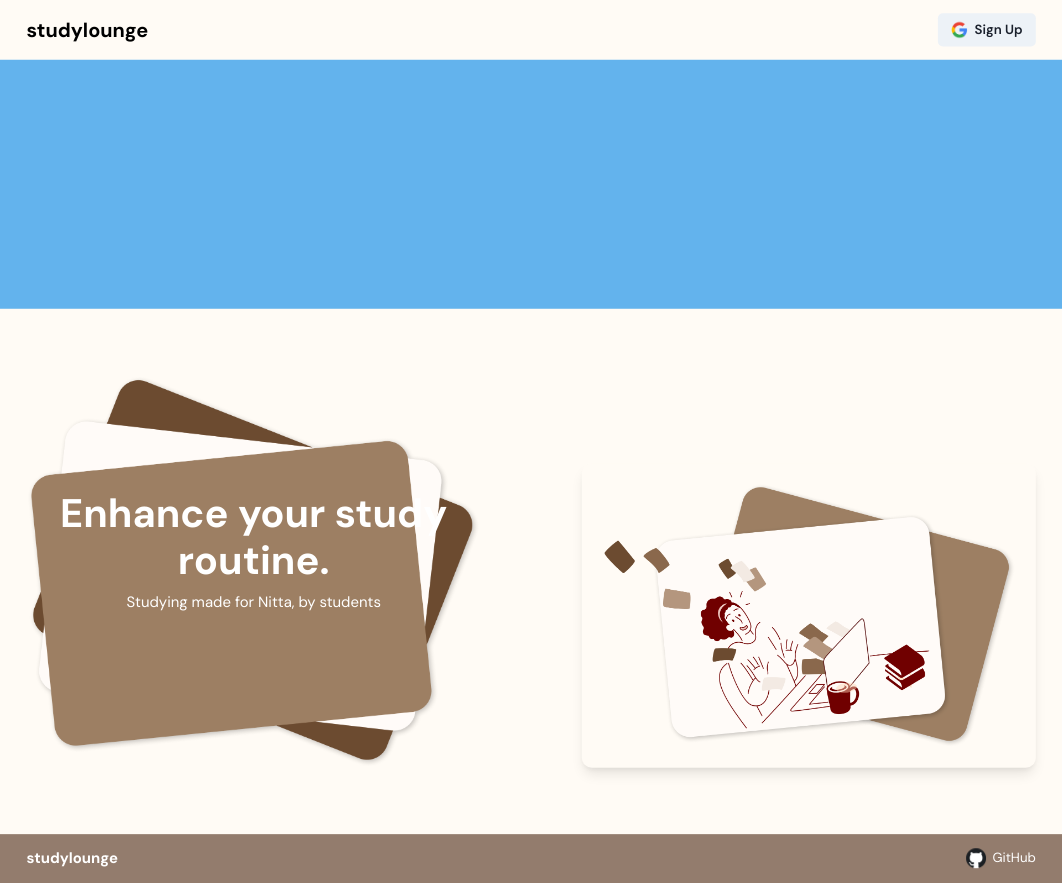
Repository: greg-chang/flashcard-website
Page: / (app in frontend/)
These files come from the project's save history. The page is drawn as it stood at one moment and after the next save; the edit follows.
The browser window is 1280 px wide. The pictures show the whole page, at 83% of full size.
The page's requests for data from a server got no answer. The project was rebuilt for these pictures with package versions that can differ from the ones it lists, and the page was loaded fresh each time. Some packages were replaced by stand-ins written for this rebuild. The framework's server and built-in components were replaced by stand-ins that run in the browser. No one was signed in, and anything a server would have sent is missing. Also part of the build but not shown: frontend/next.config.ts, frontend/src/components/Dashboard.tsx.

Above is the page before, as saved 2025-06-08 14:48:52.

### frontend/src/app/layout.tsx
import type { Metadata } from "next";
import { Geist, Geist_Mono } from "next/font/google";
import { DM_Sans } from 'next/font/google';
import { ClerkProvider } from '@clerk/nextjs';
import { ChakraProvider, extendTheme } from '@chakra-ui/react';
import "./globals.css";
import Navbar from "../components/ui/navbar";
import theme from './theme';

const geistSans = Geist({
  variable: "--font-geist-sans",
  subsets: ["latin"],
});

const geistMono = Geist_Mono({
  variable: "--font-geist-mono",
  subsets: ["latin"],
});

const dmSans = DM_Sans({
  variable: '--font-dm-sans',
  subsets: ['latin'],
});

export const metadata: Metadata = {
  title: "Flashcard Website",
  description: "ECS 162 - Web Programming Final Project",
};

export default function RootLayout({
  children,
}: Readonly<{
  children: React.ReactNode;
}>) {
  return (
    <ClerkProvider>
      <ChakraProvider theme={theme}>
        <html lang="en">
          <body
            className={`${geistSans.variable} ${geistMono.variable} ${dmSans.variable} antialiased`}
          >
            {children}
          </body>
        </html>
      </ChakraProvider>
    </ClerkProvider>
  );
}

### frontend/src/app/page.tsx
'use client';
import Homepage from '@/components/Homepage';
import UserInterface from '@/components/UserInterface';
import Dashboard from '@/components/Dashboard';
import { useUser } from '@clerk/nextjs';
// import UserInterface from '@/components/UserInterface';

export default function Home() {
  const { isSignedIn, isLoaded } = useUser();
  if (!isLoaded) {
    return <div>Loading...</div>;
  }
  return (
    <main className="min-h-screen bg-gray-100">
      {isSignedIn ? <Dashboard /> : <Homepage />}
    </main>
  );
}

### frontend/src/app/globals.css
@import "tailwindcss";

:root {
  --background: var(--color-sand);
  --foreground: var(--color-walnut);
}

@theme {
  /* Light */
  --color-sand: #F0EAE2 ;
  /* Medium */
  --color-coffee: #937156 ;
  /* Medium Text */
  --color-walnut: #8F6E4F ;
  /* VERY DARK */
  --color-expresso: #341D09 ;
  /* DESATURATED MEDIUM */
  --color-mocha: #604E3C ;
}

@theme inline {
  --color-background: var(--background);
  --color-foreground: var(--foreground);
  --font-sans: var(--font-geist-sans);
  --font-mono: var(--font-geist-mono);
}
/*
@john found out that this is what caused the white text of white background
@media (prefers-color-scheme: dark) {
  :root {
    --background: #0a0a0a;
    --foreground: #ededed;
  }
} */

body {
  background: var(--background);
  color: var(--foreground);
  font-family: Arial, Helvetica, sans-serif;
}

### frontend/src/app/theme.tsx
'use client';
import { extendTheme } from '@chakra-ui/react';

const theme = extendTheme({
    //not actually used
  colors: {
    brand: {
      50: '#ffe4ed',
    },
  },
  fonts: {
    heading: 'var(--font-geist-sans), sans-serif',
    body: 'var(--font-geist-sans), sans-serif',
  },
  styles: {
    global: {
      body: {
        bg: 'pink.100',
        color: 'black',
      },
    },
  },
});

export default theme;

### frontend/src/components/Homepage.tsx
'use client';
import {
  Box,
  Button,
  Center,
  Heading,
  Stack,
  Text,
  VStack,
  HStack,
  SimpleGrid,
  Flex,
} from '@chakra-ui/react';
import { SignInButton, SignUpButton } from '@clerk/nextjs';
import Header from './Header';
import Image from 'next/image';

// assets
import Illustration from '@/assets/Illustration.png';
import GroupedCards from '@/assets/Grouped Cards.png';
import StyleLine from '@/assets/Style Line.png';
import GithubLogo from '@/assets/Github Logo.png';
// import GoogleLogo from '@/assets/Google Logo.png';

export default function Homepage() {
  return (
    <Flex minH="100vh" direction="column" bg="#FFFBF5" color="black" fontFamily="var(--font-dm-sans)">
      {/* Header */}
      <Header />

      {/* Background Wave - Moved for testing visibility */}
      <Box
        position="relative"
        width="100%"
        height="300px"
        backgroundImage={`url(${StyleLine.src})`}
        backgroundSize="100% auto"
        backgroundRepeat="no-repeat"
        backgroundPosition="bottom"
        zIndex="999"
        opacity="1"
        bg="blue.300"
      />

      {/* Main Content Area */}
      <Flex
        direction={{ base: 'column', md: 'row' }}
        align="stretch"
        justify="space-between"
        py={{ base: 10, md: 20 }}
        px={{ base: 4, md: 8 }}
        flex="1"
        position="relative"
      >
        {/* Left Section: Grouped Cards Image */}
        <Box
          position="relative"
          flex="1"
          minW={{ base: 'full', md: '45%' }}
          maxW={{ base: 'full', md: '45%' }}
          display="flex"
          justifyContent="flex-start"
          alignItems="flex-start"
          alignSelf="flex-start"
          zIndex="1"
        >
          <Image
            src={GroupedCards}
            alt="Grouped Study Cards"
            width={550}
            height={400}
            layout="responsive"
            objectFit="contain"
            priority
          />
          {/* Text Overlay on Grouped Cards */}
          <Box
            position="absolute"
            color="white"
            textAlign="center"
            top="45%"
            left="50%"
            transform="translate(-50%, -50%)"
            width="100%"
          >
            <Heading fontSize={{ base: '3xl', md: '4xl', lg: '5xl' }} mb={2}>
              Enhance your study routine.
            </Heading>
            <Text fontSize={{ base: 'md', md: 'lg' }}>
              Studying made for Nitta, by students
            </Text>
          </Box>
        </Box>

        {/* Right Section: Illustration Image Card */}
        <Box
          flex="1"
          minW={{ base: 'full', md: '45%' }}
          maxW={{ base: 'full', md: '45%' }}
          display="flex"
          justifyContent="flex-end"
          alignItems="flex-end"
          alignSelf="flex-end"
          position="relative"
          zIndex="1"
        >
          <Box
            bg="#FFFBF5"
            p={6}
            borderRadius="xl"
            boxShadow="lg"
            position="relative"
            zIndex="1"
            display="inline-block"
          >
            <Image
              src={Illustration}
              alt="Study Lounge Illustration"
              width={600}
              height={450}
              layout="responsive"
              objectFit="contain"
              priority
            />
          </Box>
          {/* Small brown card elements (re-evaluate positions based on new layout) */}
          <Box
            position="absolute"
            bg="#937C6D"
            width="60px"
            height="40px"
            borderRadius="md"
            top="5%"
            right="10%"
            transform="rotate(15deg)"
            zIndex="0"
            display={{ base: 'none', md: 'block' }}
          />
          <Box
            position="absolute"
            bg="#937C6D"
            width="40px"
            height="30px"
            borderRadius="md"
            bottom="15%"
            left="20%"
            transform="rotate(-20deg)"
            zIndex="0"
            display={{ base: 'none', md: 'block' }}
          />
          <Box
            position="absolute"
            bg="#937C6D"
            width="50px"
            height="35px"
            borderRadius="md"
            bottom="5%"
            right="5%"
            transform="rotate(5deg)"
            zIndex="0"
            display={{ base: 'none', md: 'block' }}
          />
        </Box>
      </Flex>

      {/* Footer */}
      <Flex
        as="footer"
        bg="#937C6D"
        color="white"
        py={4}
        px={8}
        justify="space-between"
        align="center"
        mt="auto"
        fontFamily="var(--font-dm-sans)"
        zIndex="1"
        position="relative"
      >
        <Text fontSize="lg" fontWeight="bold">studylounge</Text>
        <HStack spacing={2}>
          <Image
            src={GithubLogo}
            alt="GitHub Logo"
            width={24}
            height={24}
            objectFit="contain"
          />
          <Text>GitHub</Text>
        </HStack>
      </Flex>
    </Flex>
  );
}

### frontend/src/components/Header.tsx
'use client';
import {
  Box,
  Flex,
  Heading,
  Spacer,
  Button,
  HStack,
  Text,
} from '@chakra-ui/react';
import { SignInButton, SignUpButton, UserButton, useUser } from '@clerk/nextjs';
import Image from 'next/image';
import GoogleLogo from '@/assets/Google Logo.png';

export default function Header() {
  const { isSignedIn, isLoaded } = useUser();

  return (
    <Box
      as="header"
      position="sticky"
      top={0}
      zIndex={10}
      bg="transparent"
      px={8}
      py={4}
      shadow="none"
    >
      <Flex align="center">
        {/* Logo */}
        <Text fontSize="2xl" fontWeight="bold" color="black">studylounge</Text>

        <Spacer />

        {/* Right side: Auth buttons or Avatar */}
        {isLoaded && (
          <HStack spacing={4}>
            {isSignedIn ? (
              <UserButton afterSignOutUrl="/" />
            ) : (
              <>
                <SignUpButton mode="modal">
                  <Button size="md" bg="gray.100" _hover={{ bg: 'gray.200' }} borderRadius="md">
                    <HStack spacing={2}>
                      <Image
                        src={GoogleLogo}
                        alt="Google Logo"
                        width={20}
                        height={20}
                        objectFit="contain"
                      />
                      <Text>Sign Up</Text>
                    </HStack>
                  </Button>
                </SignUpButton>
              </>
            )}
          </HStack>
        )}
      </Flex>
    </Box>
  );
}

After the next save:
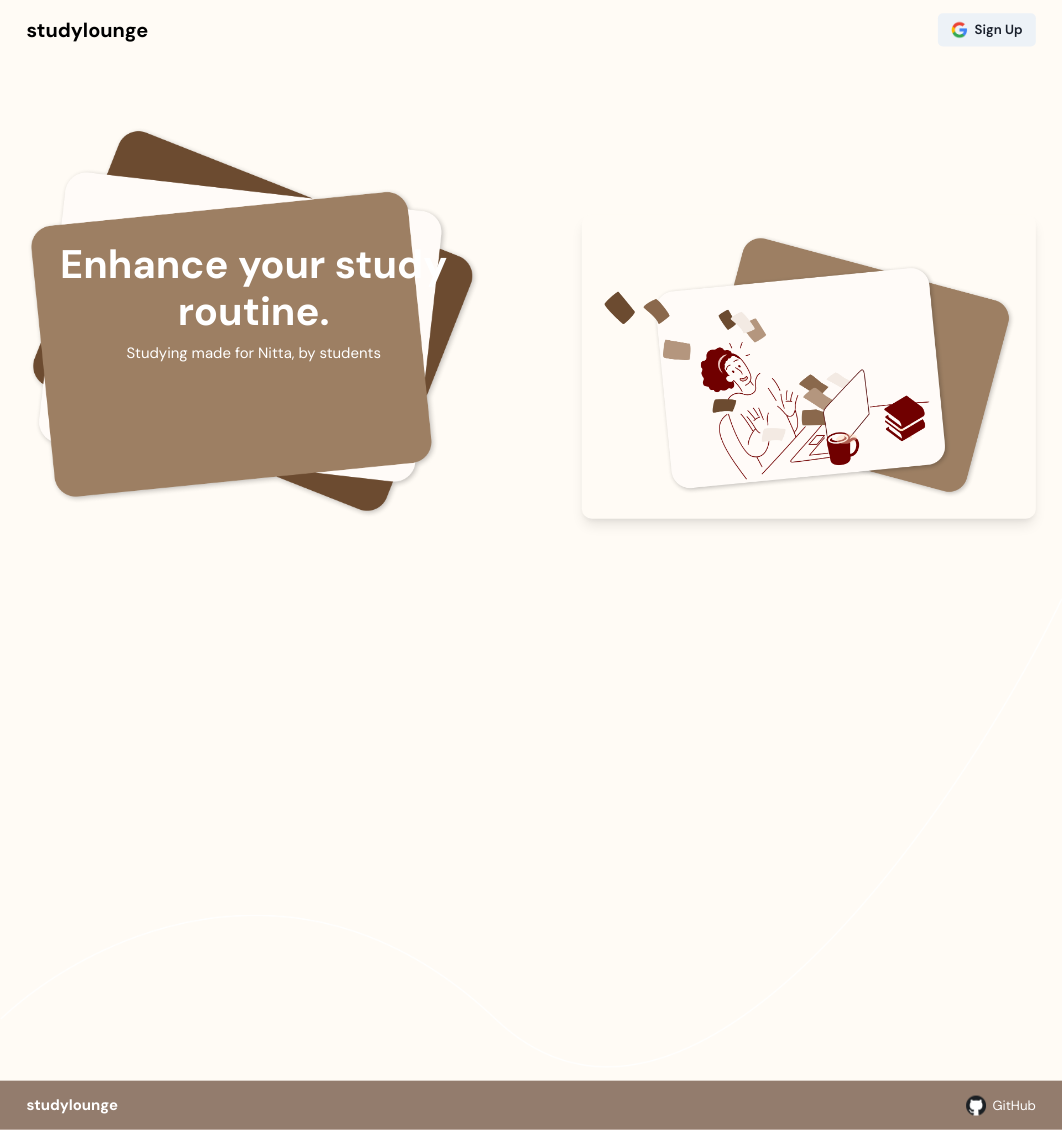
Saved 24 s later.
--- a/frontend/src/components/Homepage.tsx
+++ b/frontend/src/components/Homepage.tsx
@@ -27,20 +27,6 @@ export default function Homepage() {
     <Flex minH="100vh" direction="column" bg="#FFFBF5" color="black" fontFamily="var(--font-dm-sans)">
       {/* Header */}
       <Header />
-
-      {/* Background Wave - Moved for testing visibility */}
-      <Box
-        position="relative"
-        width="100%"
-        height="300px"
-        backgroundImage={`url(${StyleLine.src})`}
-        backgroundSize="100% auto"
-        backgroundRepeat="no-repeat"
-        backgroundPosition="bottom"
-        zIndex="999"
-        opacity="1"
-        bg="blue.300"
-      />
 
       {/* Main Content Area */}
       <Flex
@@ -163,6 +149,28 @@ export default function Homepage() {
         </Box>
       </Flex>
 
+      {/* Style Line as a separate element - Moved here */}
+      <Box
+        width="100%"
+        display="flex"
+        justifyContent="center"
+        alignItems="center"
+        py={4} // Add some vertical padding around the line
+        zIndex="1"
+        position="relative"
+      >
+        <Image
+          src={StyleLine}
+          alt="Style Line Decorative Element"
+          width={1200} // A large width to ensure it spreads across
+          height={150} // Adjust height to control its visual impact
+          layout="responsive"
+          objectFit="contain"
+          opacity="1" // Ensure full visibility
+          style={{ filter: 'brightness(0) invert(1)' }} // Temporarily make it black for visibility test
+        />
+      </Box>
+
       {/* Footer */}
       <Flex
         as="footer"
